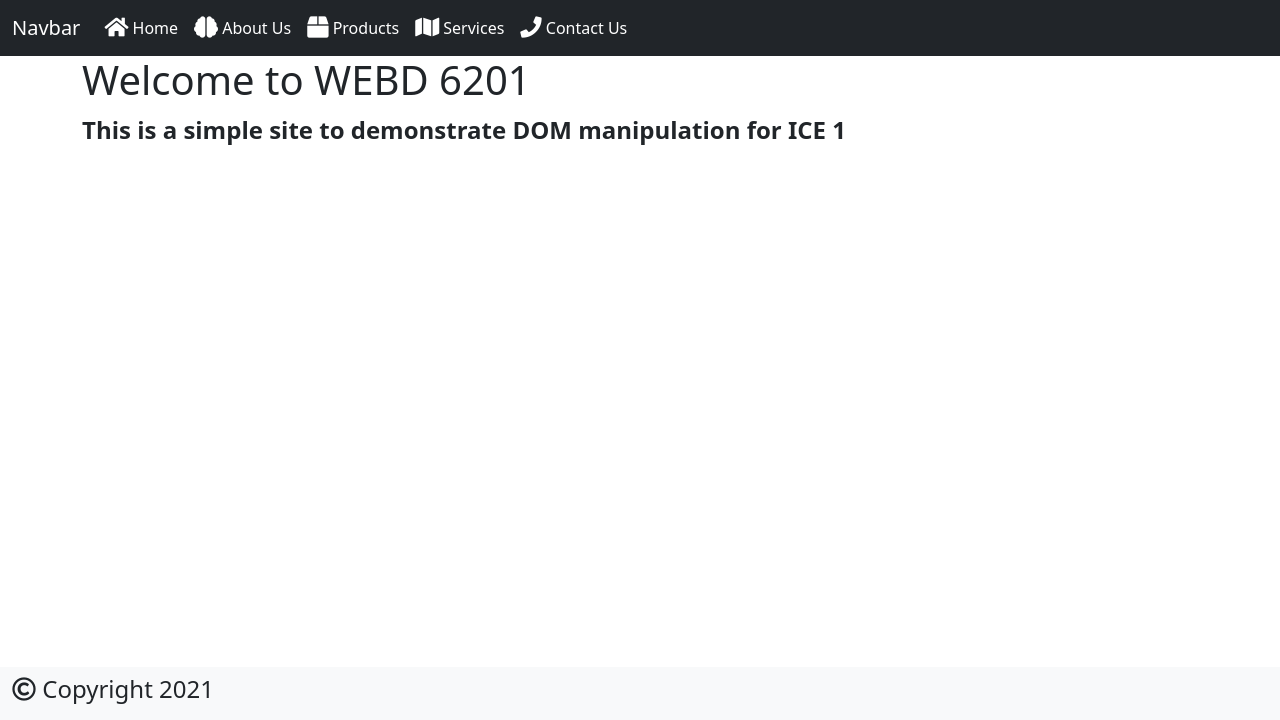
Repository: AshokSasi/WEBD6201-Week3
Page: index.html
An editor plug-in stored every save of this project. The page is shown before and after the next save, followed by the edit.
The browser window is 1280 px wide. The pictures show the whole page.

Above is the page before, as saved 2021-01-20 09:43:53.

After the next save:
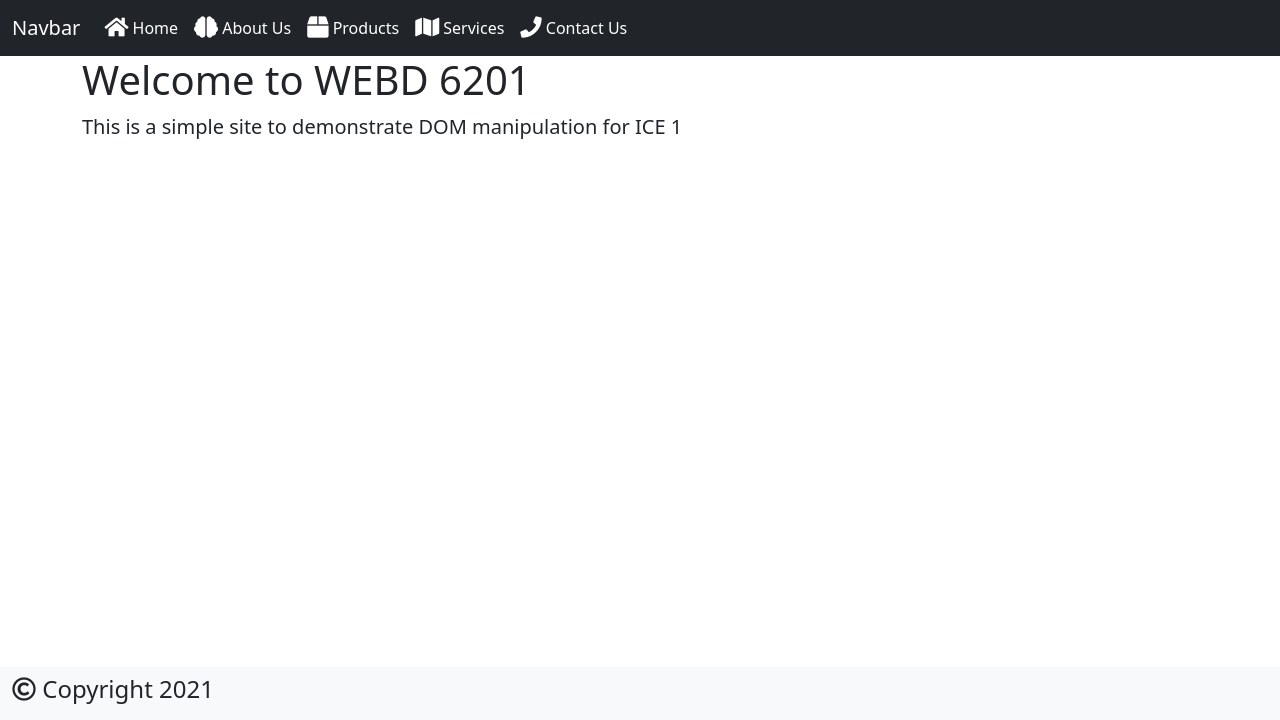
Saved 72 s later.
--- a/Scripts/app.js
+++ b/Scripts/app.js
@@ -15,7 +15,7 @@
         let paragraphOneElement = document.getElementById("paragraphOne");
 
         paragraphOneElement.textContent= paragraphOneText;
-        paragraphOneElement.className="fs-4 fw-bold";
+        paragraphOneElement.className="fs-5";
     }
     window.addEventListener("load", Start);
 })();
